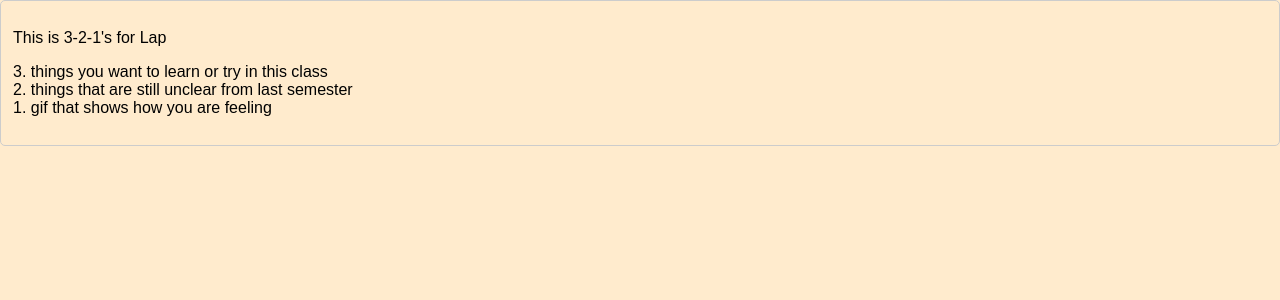
Repository: HyunJunggggg/MDIA2109
Page: index.html
The author's editor kept a copy of each file at every save. The page is drawn from the files as they stood at one save, then again after the next save.
The browser window is 1280 px wide. The pictures show the whole page.

Above is the page before, as saved 2025-01-23 15:05:07.

### index.html
<!DOCTYPE html>
<html lang="en">
    <head>
        <!-- Meta -->
        <meta charset="UTF-8" />
        <meta name="viewport" content="width=device-width, initial-scale=1.0" />
        <link rel="stylesheet" href="style.css" />
        <title>HyunJung's Blog 😉</title>
    </head>

    <!-- body -->
    <body>
        <div class="container">
            <p>This is 3-2-1's for Lap</p>
            <ul>
                <li>3. things you want to learn or try in this class</li>
                <li>2. things that are still unclear from last semester</li>
                <li>1. gif that shows how you are feeling</li>
            </ul>
        </div>
    </body>
</html>

### style.css
/* Reset */
html {
    background-color: blanchedalmond;
}
body {
    margin: 0;
}
ul,
ol{
    list-style-type: none;
    padding: 0;
}

/* Basic */
html {
    font-family: Arial, Helvetica, sans-serif;
}

body{

}
a {
    text-decoration: none;
}

/* Component style */
.container{
  margin-bottom: 1em;
  border: 1px solid #cccccc;
  border-radius: 5px;
  padding: 0.75em;

}


/* Utility style */

After the next save:
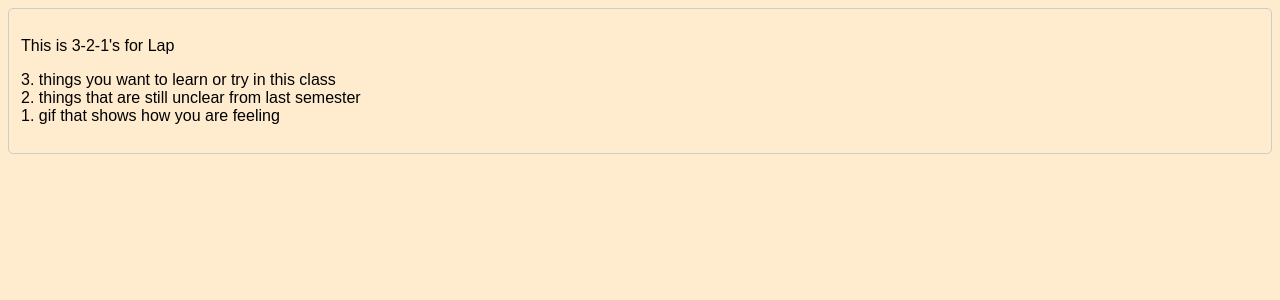
Saved 6 s later.
--- a/style.css
+++ b/style.css
@@ -2,9 +2,7 @@
 html {
     background-color: blanchedalmond;
 }
-body {
-    margin: 0;
-}
+
 ul,
 ol{
     list-style-type: none;
